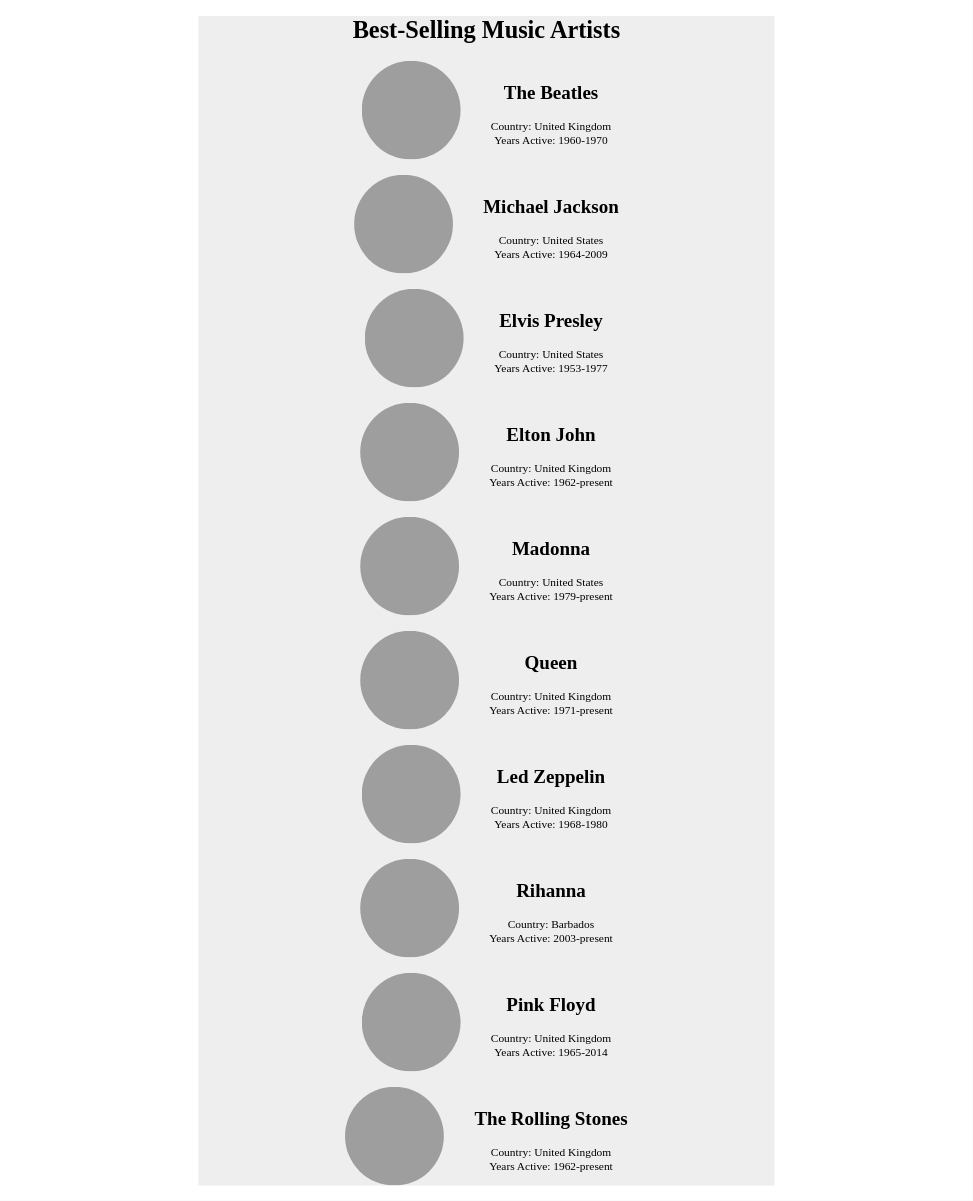
Repository: SamanthaYan298/my_artists
Page: /
The author's editor kept a copy of each file at every save. The page is drawn from the files as they stood at one save, then again after the next save.
The browser window is 1280 px wide. The pictures show the whole page, at 76% of full size.
Pictures or frames that could not be fetched are drawn as grey boxes. The project was rebuilt for these pictures with package versions that can differ from the ones it lists, and the page was loaded fresh each time. Also part of the build but not shown: vite.config.js.

Above is the page before, as saved 2024-09-16 18:21:20.

After the next save:
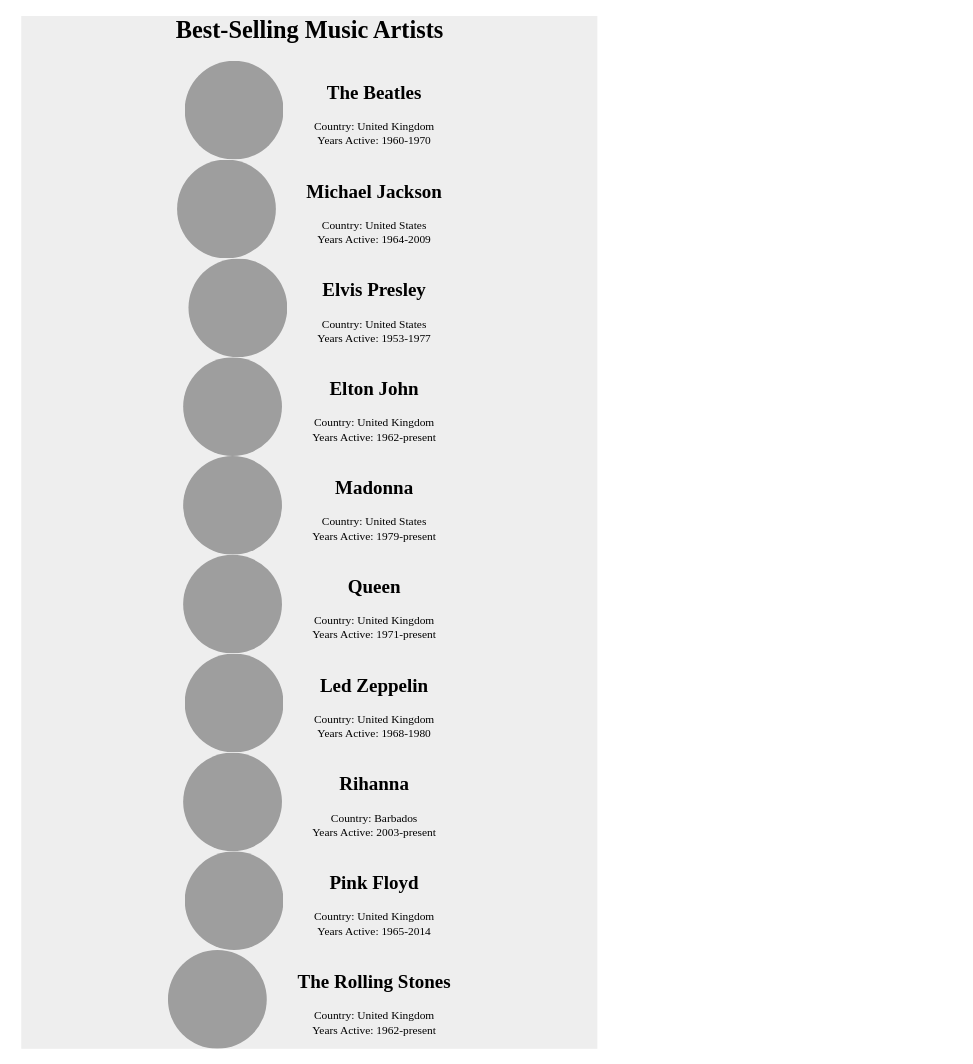
Saved 14 s later.
--- a/src/index.css
+++ b/src/index.css
@@ -3,7 +3,7 @@
     text-align: center;
     width: 60%;
     background-color: #eee;
-    margin: 0 auto;
+    margin: 20px;
 }
 
 .main-containter {
@@ -13,7 +13,6 @@
     gap: 40px;
     line-height: 4px;
     font-size: 15px;
-    margin: 20px;
 }
 
 .names {
